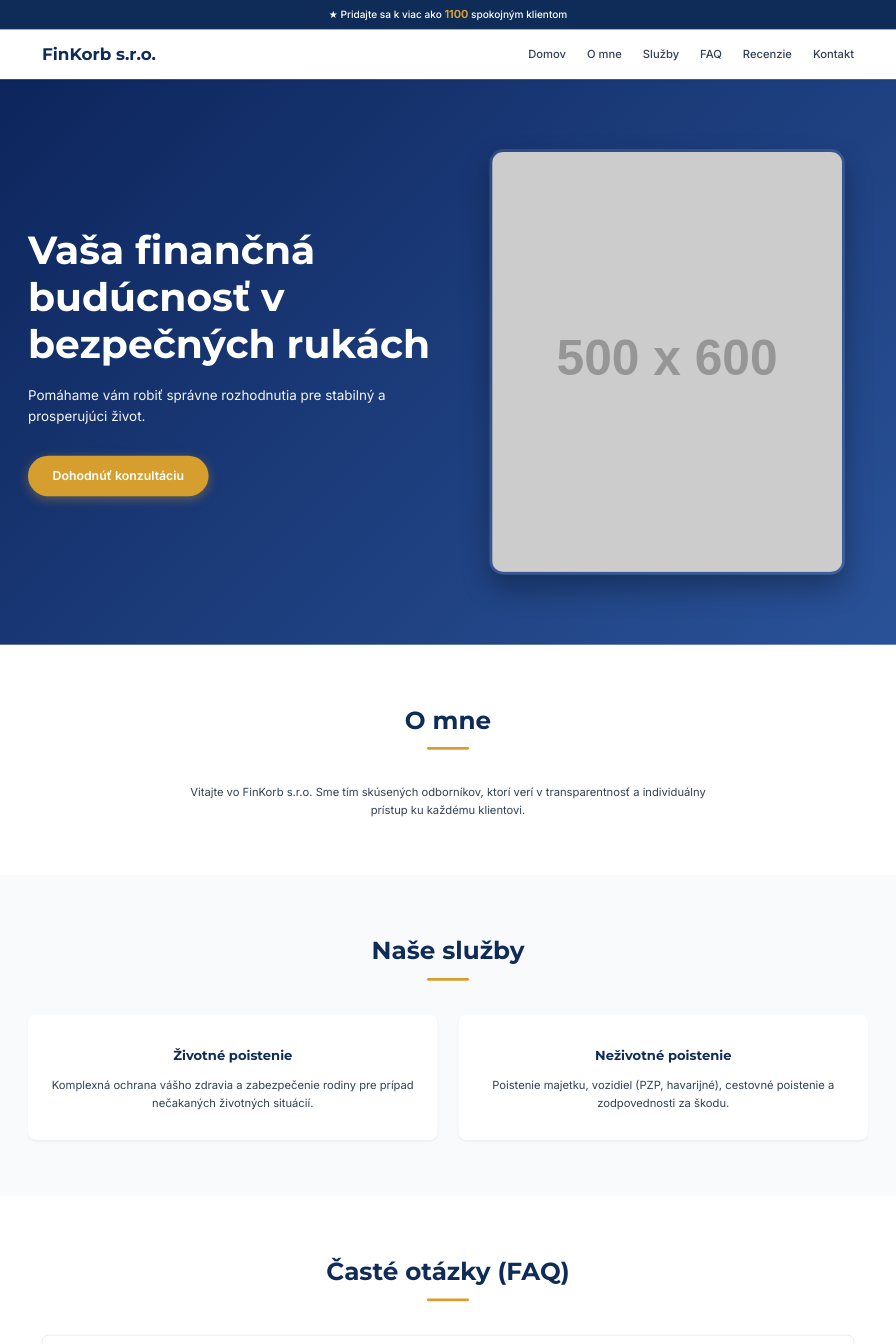
Repository: IvanK03/personal_web
Page: web/index.html
An editor plug-in stored every save of this project. The page is shown before and after the next save, followed by the edit.
The browser window is 1280 px wide. The pictures show the part of the page from y = 0 to 1920 px (the page is 2882 px tall before and 2905 px after), at 70% of full size.

Above is the page before, as saved 2026-02-22 12:13:45.

After the next save:
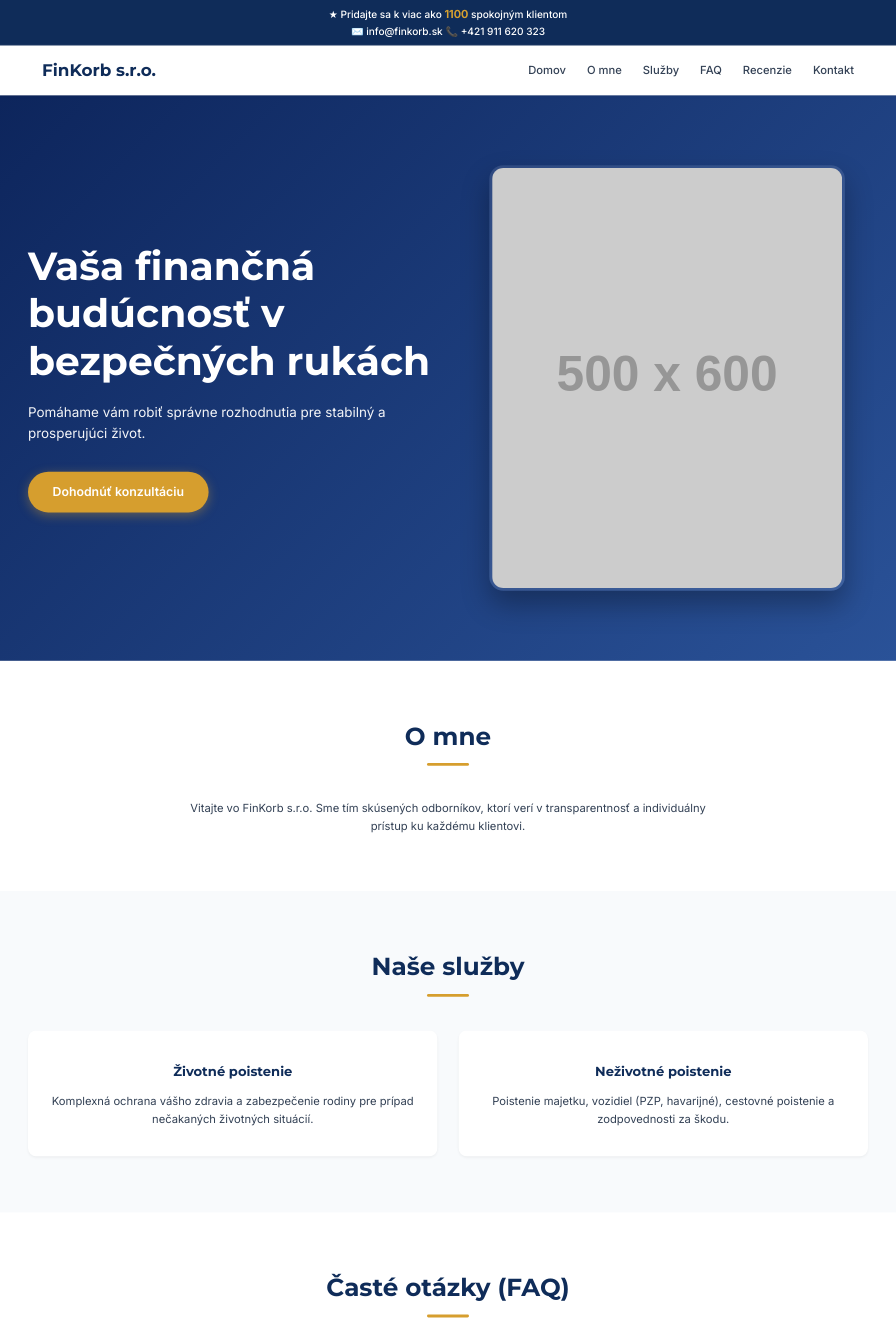
Saved 6 min 3 s later.
--- a/web/index.html
+++ b/web/index.html
@@ -12,7 +12,13 @@
     <!-- Hlavička s navigáciou -->
     <header>
         <div class="top-bar">
-            ★ Pridajte sa k viac ako <strong class="pulse-number">1100</strong> spokojným klientom
+            <div class="top-bar-left">
+                ★ Pridajte sa k viac ako <strong class="pulse-number">1100</strong> spokojným klientom
+            </div>
+            <div class="top-bar-right">
+                <a href="mailto:info@finkorb.sk">✉️ info@finkorb.sk</a>
+                <a href="tel:+421911620323" class="phone-btn">📞 +421 911 620 323</a>
+            </div>
         </div>
         <div class="container">
             <a href="#" class="logo">FinKorb s.r.o.</a>
